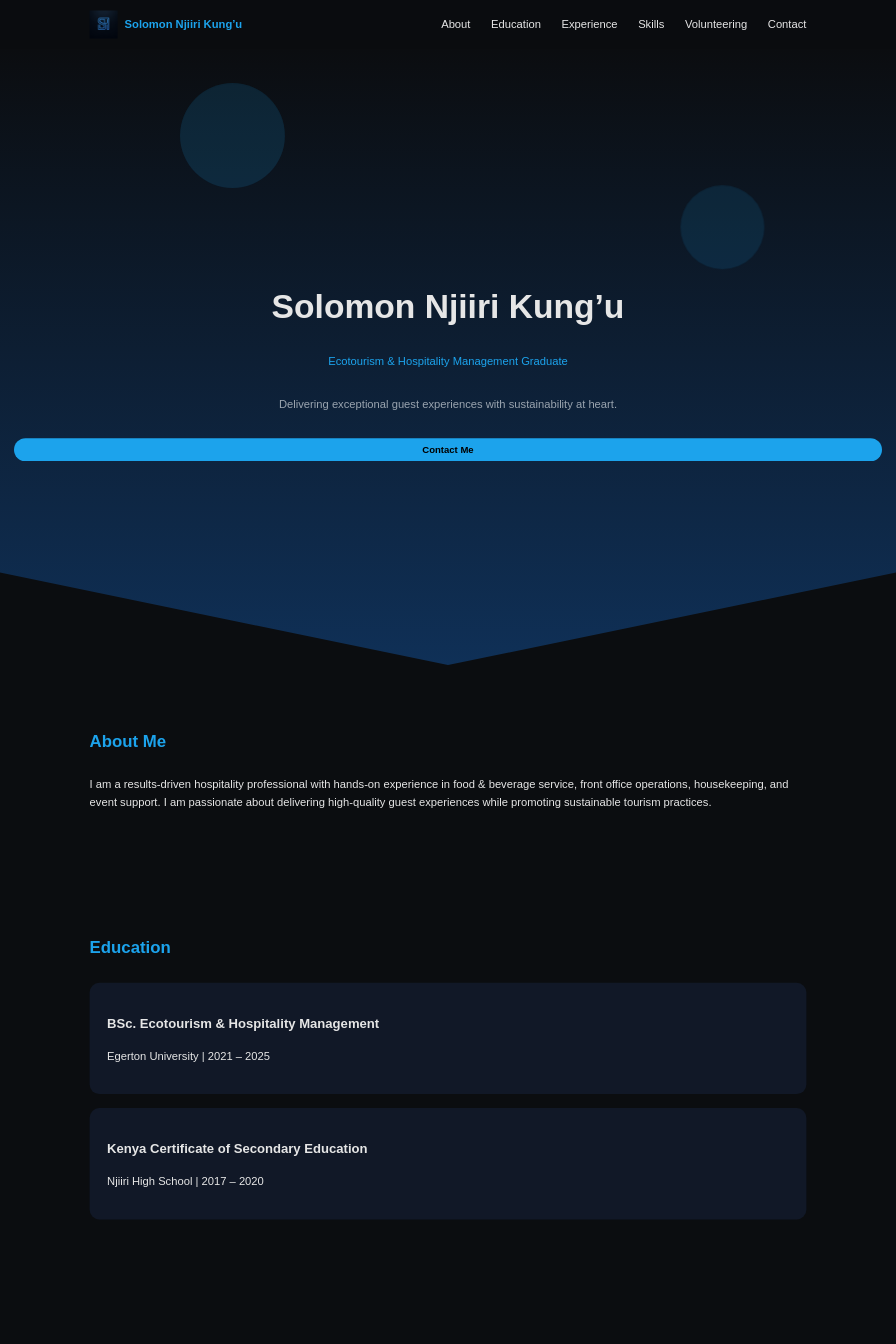
Repository: ladygit-comits/Solomon_Portfolio
Page: index.html
The author's editor kept a copy of each file at every save. The page is drawn from the files as they stood at one save, then again after the next save.
The browser window is 1280 px wide. The pictures show the part of the page from y = 0 to 1920 px (the page is 4438 px tall), at 70% of full size.

Above is the page before, as saved 2025-12-31 13:56:16.

### index.html
<!DOCTYPE html>
<html lang="en">
<head>
  <meta charset="UTF-8">
  <title>Solomon Njiiri Kung’u | Hospitality Management</title>
  <link rel="icon" href="images/solomon-favicon.png" type="image/png">
  <link rel="apple-touch-icon" sizes="180x180" href="images/solomon-favicon.png">
  <link rel="stylesheet" href="style.css">
</head>
<body>
<!-- NAVBAR -->
<header class="navbar">
  <div class="logo">
    <img src="images/solomon-favicon.png" alt="Solomon Logo" class="logo-img">
    Solomon Njiiri Kung’u
  </div>
  <nav>
    <a href="#about">About</a>
    <a href="#education">Education</a>
    <a href="#experience">Experience</a>
    <a href="#skills">Skills</a>
    <a href="#volunteering">Volunteering</a>
    <a href="#contact">Contact</a>
  </nav>
</header>

  <!-- HERO -->
  <section class="hero">
    <h1>Solomon Njiiri Kung’u</h1>
    <p class="subtitle">Ecotourism & Hospitality Management Graduate</p>
    <p class="tagline">
      Delivering exceptional guest experiences with sustainability at heart.
    </p>
    <a href="#contact" class="btn">Contact Me</a>
  </section>

  <!-- ABOUT -->
  <section id="about" class="section">
    <h2>About Me</h2>
    <p>
      I am a results-driven hospitality professional with hands-on experience in
      food & beverage service, front office operations, housekeeping, and event support.
      I am passionate about delivering high-quality guest experiences while promoting
      sustainable tourism practices.
    </p>
  </section>

  <!-- EDUCATION -->
  <section id="education" class="section">
    <h2>Education</h2>
    <div class="card">
      <h3>BSc. Ecotourism & Hospitality Management</h3>
      <p>Egerton University | 2021 – 2025</p>
    </div>
    <div class="card">
      <h3>Kenya Certificate of Secondary Education</h3>
      <p>Njiiri High School | 2017 – 2020</p>
    </div>
  </section>

  <!-- EXPERIENCE -->
  <section id="experience" class="section">
    <h2>Work Experience</h2>

    <div class="card highlight">
      <h3>Waiter – Radisson Blu Hotel</h3>
      <p>August 2025</p>
      <ul>
        <li>Delivered high-quality customer service in a fast-paced luxury hotel.</li>
        <li>Supported international events hosted by the World Bank, IMF, and University of Antwerp.</li>
        <li>Provided professional service to international delegates.</li>
      </ul>
    </div>

    <div class="card">
      <h3>Waiter – Shuhan Hotel, Thika</h3>
      <p>February 2025</p>
      <ul>
        <li>Provided excellent customer service.</li>
        <li>Assisted in housekeeping and hygiene maintenance.</li>
      </ul>
    </div>

    <div class="card">
      <h3>Intern – Hotel Operations</h3>
      <p>May 2024 – August 2024</p>
      <ul>
        <li>Housekeeping & guestroom standards.</li>
        <li>Front office check-ins and reservations.</li>
        <li>Kitchen stewarding and hygiene.</li>
        <li>Food & beverage service.</li>
      </ul>
    </div>
  </section>

  <!-- SKILLS -->
 <section id="skills" class="section">
  <h2>Key Skills</h2>
  <div class="skills">
    <div class="skill">
      <span>Customer Service</span>
      <div class="skill-bar"><div class="skill-fill" style="width: 90%;"></div></div>
    </div>
    <div class="skill">
      <span>Food & Beverage Service</span>
      <div class="skill-bar"><div class="skill-fill" style="width: 85%;"></div></div>
    </div>
    <div class="skill">
      <span>Front Office Operations</span>
      <div class="skill-bar"><div class="skill-fill" style="width: 80%;"></div></div>
    </div>
    <div class="skill">
      <span>Housekeeping Standards</span>
      <div class="skill-bar"><div class="skill-fill" style="width: 85%;"></div></div>
    </div>
    <div class="skill">
      <span>Event Support</span>
      <div class="skill-bar"><div class="skill-fill" style="width: 80%;"></div></div>
    </div>
    <div class="skill">
      <span>Sustainable Tourism</span>
      <div class="skill-bar"><div class="skill-fill" style="width: 75%;"></div></div>
    </div>
  </div>
</section>


  <!-- VOLUNTEERING -->
  <section id="volunteering" class="section">
    <h2>Volunteering</h2>
    <div class="card">
      <h3>Volunteer – KSPCA (Dogtober Festival)</h3>
      <p>October 2024</p>
      <ul>
        <li>Welcomed guests and provided event guidance.</li>
        <li>Assisted with pet handling and guest engagement.</li>
      </ul>
    </div>
  </section>

  <!-- CONTACT -->
  <section class="section contact" id="contact">
    <h2>Contact</h2>
    <p>Email: <a href="mailto:kungunjiiri@gmail.com">kungunjiiri@gmail.com</a></p>
    <p>Phone: 0112619291</p>
  </section>
<script src="script.js"></script>
<button id="scrollTopBtn" title="Go to top">
  <svg xmlns="http://www.w3.org/2000/svg" viewBox="0 0 24 24" width="24" height="24" fill="none" stroke="#000" stroke-width="2" stroke-linecap="round" stroke-linejoin="round">
    <line x1="12" y1="19" x2="12" y2="5"/>
    <polyline points="5 12 12 5 19 12"/>
  </svg>
</button>


</body>
</html>

### style.css
:root {
  --black: #0B0D10;
  --dark-blue: #0F3057;
  --accent-blue: #1CA3EC;
  --text-light: #E6E6E6;
  --muted-gray: #9AA4AF;
}

body {
  margin: 0;
  font-family: "Poppins", sans-serif;
  background: var(--black);
  color: var(--text-light);
  line-height: 1.6;
}

.hero {
  min-height: 100vh;
  padding: 80px 20px;
  text-align: center;
  background: linear-gradient(180deg, #0B0D10, #0F3057);
  position: relative;
  color: var(--text-light);
  display: flex;
  flex-direction: column;
  justify-content: center;
  clip-path: polygon(0 0, 100% 0, 100% 85%, 50% 100%, 0 85%);
}


.hero h1 {
  font-size: 3rem;
  margin-bottom: 10px;
}

.subtitle {
  color: var(--accent-blue);
  font-weight: 500;
}

.tagline {
  max-width: 600px;
  margin: 20px auto;
  color: var(--muted-gray);
}

.btn {
  display: inline-block;
  margin-top: 15px;
  padding: 6px 12px;
  background: var(--accent-blue);
  color: #000;
  text-decoration: none;
  border-radius: 20px;
  font-weight: 600;
  font-size: 0.85rem;
  position: relative;
  overflow: hidden;
  transition: all 0.3s ease;
}

.btn::after {
  content: '';
  position: absolute;
  top: 0;
  left: -75%;
  width: 50%;
  height: 100%;
  background: linear-gradient(120deg, rgba(255,255,255,0.2), rgba(255,255,255,0.5), rgba(255,255,255,0.2));
  transform: skewX(-25deg);
  transition: all 0.7s;
}

.btn:hover::after {
  left: 125%;
}


.section {
  padding: 70px 10%;
}

.section h2 {
  color: var(--accent-blue);
  margin-bottom: 30px;
}

.card {
  background: #111827;
  padding: 25px;
  border-radius: 14px;
  margin-bottom: 20px;
  transition: transform 0.3s ease, box-shadow 0.3s ease;
}

.card.highlight {
  border: 1px solid var(--accent-blue);
}

.skills span {
  display: inline-block;
  background: #1f2933;
  padding: 10px 16px;
  margin: 8px;
  border-radius: 20px;
  font-size: 0.9rem;
}

.contact a {
  color: var(--accent-blue);
  text-decoration: none;
}

.hero h1, .subtitle, .tagline, .btn {
  transform: translateY(20px);
  opacity: 0;
}

.btn:hover {
  box-shadow: 0 0 20px var(--accent-blue), 0 0 40px var(--accent-blue);
  transform: translateY(-3px);
}

.navbar {
  position: sticky;
  top: 0;
  display: flex;
  justify-content: space-between;
  align-items: center;
  padding: 15px 10%;
  background: rgba(11,13,16,0.95);
  z-index: 1000;
}

.navbar .logo {
  font-weight: 700;
  color: var(--accent-blue);
}

.navbar nav a {
  color: var(--text-light);
  margin-left: 25px;
  text-decoration: none;
  font-weight: 500;
  transition: color 0.3s;
}

.navbar nav a:hover {
  color: var(--accent-blue);
}
#scrollTopBtn {
  position: fixed;
  bottom: 30px;
  right: 30px;
  width: 50px;
  height: 50px;
  border: none;
  border-radius: 50%;
  background-color: var(--accent-blue);
  cursor: pointer;
  display: none;
  align-items: center;
  justify-content: center;
  z-index: 1000;
  box-shadow: 0 4px 12px rgba(28,163,236,0.4);
  transition: transform 0.3s, opacity 0.3s;
  padding: 0;
}

#scrollTopBtn svg {
  width: 24px;
  height: 24px;
  stroke: #000;
}

#scrollTopBtn:hover {
  transform: translateY(-3px);
  opacity: 0.8;
}

.typewriter {
  overflow: hidden;
  border-right: 2px solid var(--accent-blue);
  white-space: nowrap;
  margin: 0 auto;
  letter-spacing: 2px;
  animation: typing 4s steps(60, end), blink 0.7s infinite;
}

@keyframes typing {
  from { width: 0; }
  to { width: 100%; }
}

@keyframes blink {
  50% { border-color: transparent; }
}

.hero::before {
  content: '';
  position: absolute;
  width: 150px;
  height: 150px;
  background: var(--accent-blue);
  border-radius: 50%;
  top: 50px;
  left: 20%;
  opacity: 0.15;
  animation: float 6s ease-in-out infinite alternate;
}

.hero::after {
  content: '';
  position: absolute;
  width: 120px;
  height: 120px;
  background: var(--accent-blue);
  border-radius: 50%;
  top: 200px;
  right: 15%;
  opacity: 0.12;
  animation: float 8s ease-in-out infinite alternate-reverse;
}

@keyframes float {
  0% { transform: translateY(0) translateX(0); }
  50% { transform: translateY(-20px) translateX(15px); }
  100% { transform: translateY(0) translateX(0); }
}
.skills .skill {
  margin-bottom: 15px;
}

.skill-bar {
  background: #1f2933;
  border-radius: 20px;
  overflow: hidden;
  height: 12px;
  margin-top: 5px;
}

.skill-fill {
  background: var(--accent-blue);
  height: 100%;
  width: 0;
  border-radius: 20px;
  transition: width 2s ease-in-out;
}

/* shimmer CTA button */
.btn {
  position: relative;
  overflow: hidden;
}

.btn::after {
  content: '';
  position: absolute;
  top: 0;
  left: -75%;
  width: 50%;
  height: 100%;
  background: linear-gradient(120deg, rgba(255,255,255,0.2), rgba(255,255,255,0.5), rgba(255,255,255,0.2));
  transform: skewX(-25deg);
  transition: all 0.7s;
}

.btn:hover::after {
  left: 125%;
}
.navbar .logo {
  display: flex;
  align-items: center;
  font-weight: 700;
  color: var(--accent-blue);
}

.navbar .logo-img {
  width: 40px;
  height: 40px;
  margin-right: 10px;
}

### script.js
document.addEventListener('DOMContentLoaded', function() {
  const heroElements = document.querySelectorAll('.hero h1, .subtitle, .tagline, .btn');
  heroElements.forEach((el, i) => {
    el.style.opacity = 0;
    setTimeout(() => {
      el.style.transition = 'opacity 1s ease-out, transform 1s ease-out';
      el.style.opacity = 1;
      el.style.transform = 'translateY(0)';
    }, i * 300);
  });

  const cards = document.querySelectorAll('.card');
  cards.forEach(card => {
    card.addEventListener('mouseenter', () => {
      card.style.transform = 'translateY(-10px)';
      card.style.boxShadow = '0 15px 30px rgba(28,163,236,0.3)';
    });
    card.addEventListener('mouseleave', () => {
      card.style.transform = 'translateY(0)';
      card.style.boxShadow = 'none';
    });
  });

  const links = document.querySelectorAll('a[href^="#"]');
  links.forEach(link => {
    link.addEventListener('click', function(e) {
      e.preventDefault();
      document.querySelector(this.getAttribute('href')).scrollIntoView({behavior: 'smooth'});
    });
  });

  const scrollBtn = document.getElementById('scrollTopBtn');
  window.onscroll = function() {
    if (document.body.scrollTop > 300 || document.documentElement.scrollTop > 300) {
      scrollBtn.style.display = "block";
    } else {
      scrollBtn.style.display = "none";
    }
  };
  scrollBtn.addEventListener('click', function() {
    window.scrollTo({top: 0, behavior: 'smooth'});
  });

  const tagline = document.querySelector('.tagline');
  const text = tagline.textContent;
  tagline.textContent = '';
  let i = 0;
  function typeWriter() {
    if (i < text.length) {
      tagline.textContent += text.charAt(i);
      i++;
      setTimeout(typeWriter, 50);
    }
  }
  typeWriter();
});
const skillFills = document.querySelectorAll('.skill-fill');

function animateSkills() {
  const triggerBottom = window.innerHeight - 100;
  skillFills.forEach(skill => {
    const skillTop = skill.getBoundingClientRect().top;
    if(skillTop < triggerBottom) {
      skill.style.width = skill.getAttribute('style').replace('width: ', '');
    }
  });
}

window.addEventListener('scroll', animateSkills);
window.addEventListener('load', animateSkills);

After the next save:
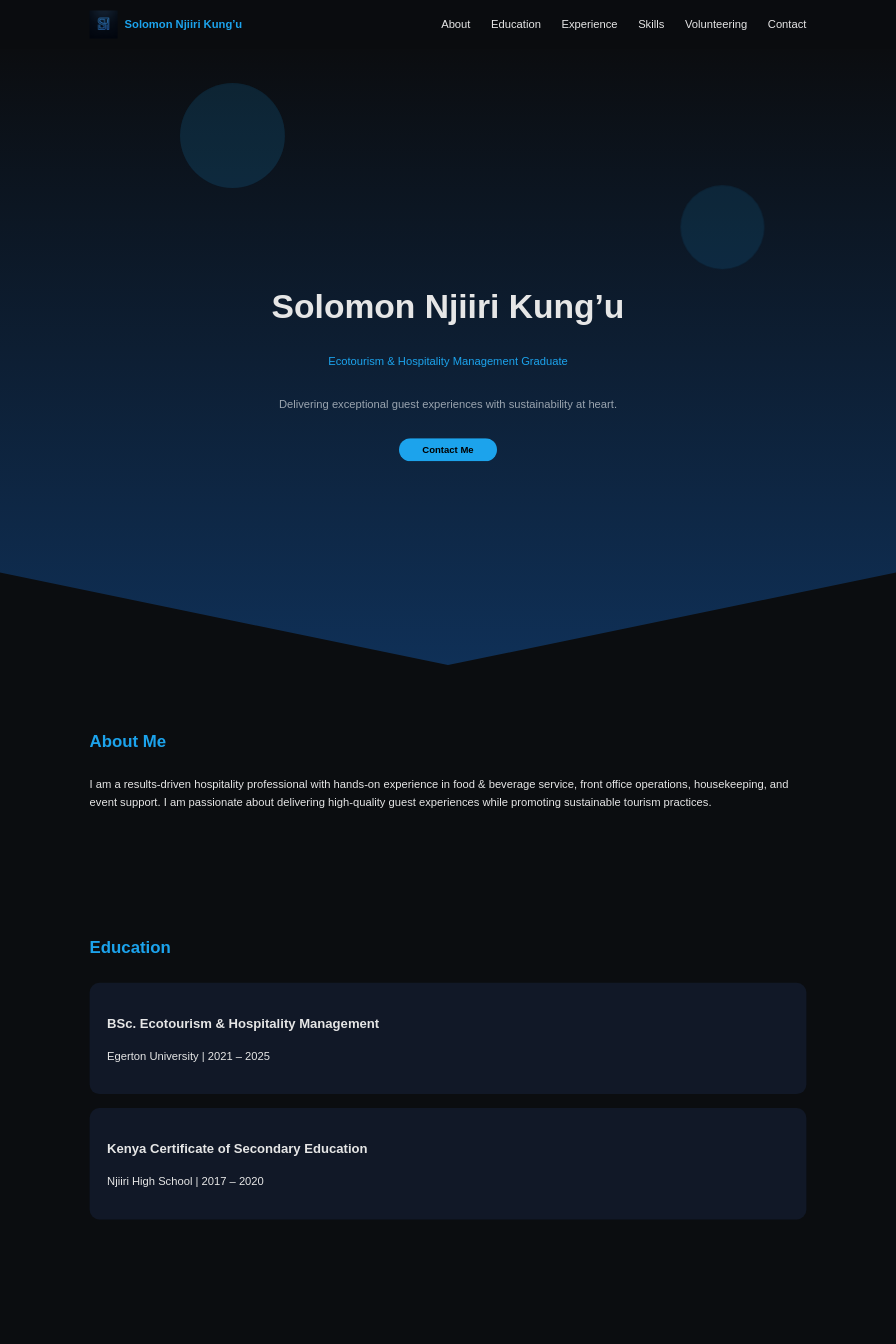
Saved 46 s later.
--- a/style.css
+++ b/style.css
@@ -45,9 +45,10 @@ body {
 }
 
 .btn {
+  width: 140px;
   display: inline-block;
-  margin-top: 15px;
-  padding: 6px 12px;
+  margin: 15px auto 0;
+  padding: 6px 0;
   background: var(--accent-blue);
   color: #000;
   text-decoration: none;
@@ -57,6 +58,7 @@ body {
   position: relative;
   overflow: hidden;
   transition: all 0.3s ease;
+  text-align: center;
 }
 
 .btn::after {
